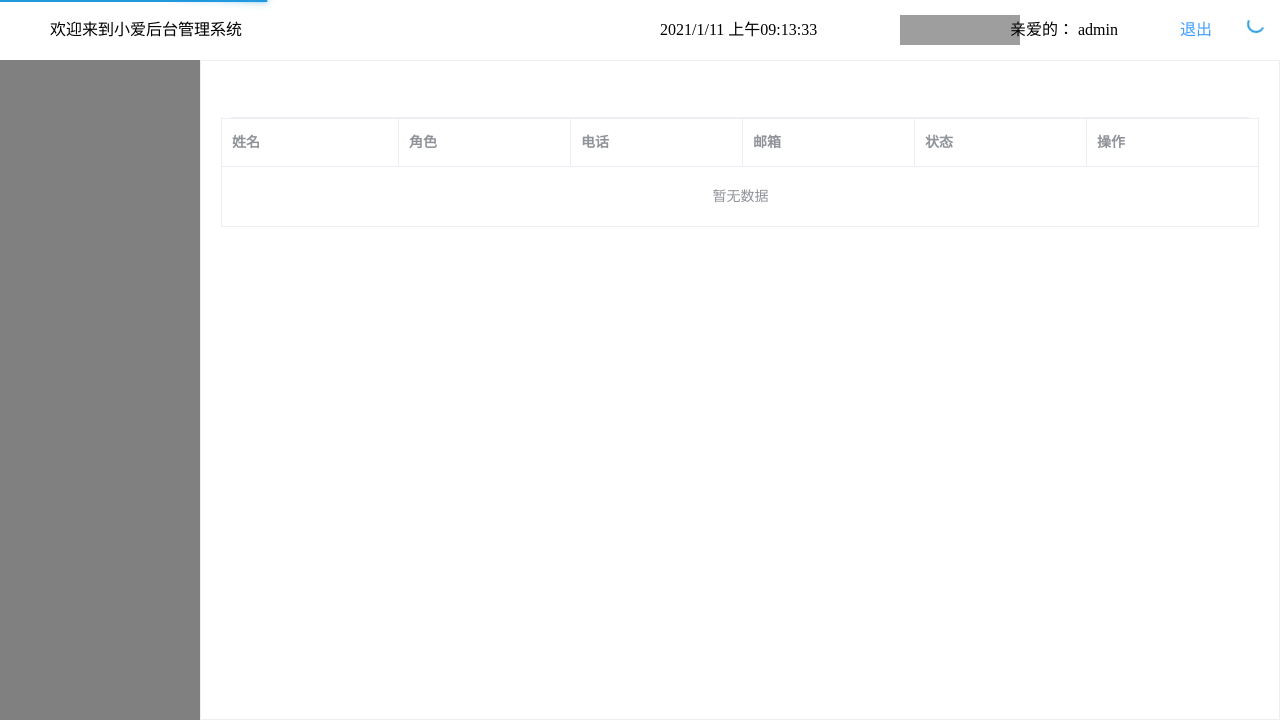
Repository: heyegang/vuex
Page: /usermanagement
An editor plug-in stored every save of this project. The page is shown before and after the next save, followed by the edit.
The browser window is 1280 px wide. The pictures show the whole page.
Pictures or frames that could not be fetched are drawn as grey boxes. The page's requests for data from a server got no answer. The project was rebuilt for these pictures with package versions that can differ from the ones it lists, and the page was loaded fresh each time. No one was signed in, and anything a server would have sent is missing. Also part of the build but not shown: vue.config.js, src/views/Home.vue, src/components/navsidebar/NavSidebar.vue.

Above is the page before, as saved 2021-01-11 16:06:26.

### src/main.js
import Vue from "vue";
import App from "./App.vue";
import router from "./router";
import store from "./store";
import ElementUI from "element-ui";
import "element-ui/lib/theme-chalk/index.css"

Vue.use(ElementUI)
Vue.config.productionTip = false;

new Vue({
  router,
  store,
  render: h => h(App)
}).$mount("#app");

### src/App.vue
<template>
  <div id="app">
    <router-view />
  </div>
</template>

<style lang="scss">
*{
  margin: 0;
  padding: 0;
}
html,body,#app{
  height: 100%;
}
</style>

### src/router/index.js
import Vue from "vue";
import VueRouter from "vue-router";
import Home from "../views/Home.vue";
import Layout from "../views/layout/Layout.vue";

Vue.use(VueRouter);

const routes = [
  {
   path:"",
  component:Layout,
  children:[{
    path: "/",
    name: "Home",
    component: Home
  },
  {
    path: "/usermanagement",
    name: "usermanagement",
    component: () => import('../views/usermanagement/UserManagement.vue')
  },

  ]},
  {
    path: "/login",
    name: "login",
    component: () => import('../views/login/Login.vue')
  },
];

const router = new VueRouter({
  mode: "history",
  base: process.env.BASE_URL,
  routes
});

export default router;

### src/store/index.js
import Vue from "vue";
import Vuex from "vuex";
import user from "./user";
import layout from "./layout";
import Administration from "./Administration/Administration"
Vue.use(Vuex);

export default new Vuex.Store({
  state: {
    // 存放数据
  },
  mutations: {
    // 同步修改state
  },
  actions: {},
  modules: {
    // 代表模块
    user,
    layout,
    Administration,
  }
});

### src/views/layout/Layout.vue
<template>
  <div>
    <el-container>
      <el-header>
        <nav-header></nav-header>
      </el-header>
      <el-container>
        <el-aside width="200px">
          <nav-sidebar :layouts='layouts' v-if='layouts.length>0'></nav-sidebar>
        </el-aside>
        <el-main>
          <nav-label></nav-label>
          <router-view></router-view>
        </el-main>
      </el-container>
    </el-container>
  </div>
</template>

<script>
import NavHeader from "../../components/navheader/NavHeader";
import NavSidebar from "../../components/navsidebar/NavSidebar";
import NavLabel from "../../components/navlabel/NavLabel";
import {createNamespacedHelpers} from 'vuex'
let userModule = createNamespacedHelpers('layout')
let {mapState: layoutState,mapActions: layoutActions} = userModule
export default {
  name: "",
  props: {},
  data() {
    return {
      sidebars:[]
    };
  },
  components: {
    NavHeader,
    NavSidebar,
    NavLabel,
  },
  methods: {
    ...layoutActions(['gettype'])
  },
  mounted() {
    this.gettype()
  },
  computed: {
    ...layoutState(['layouts'])
  },
  watch: {}
};
</script>

<style lang='scss' scoped>
.el-header,
.el-footer {
  line-height: 60px;
}

.el-aside {
  position: fixed;
  top: 60px;
  bottom: 0;
  background-color: gray;
}

.el-main {
  position: fixed;
  bottom: 0;
  right: 0;
  top: 60px;
  left: 200px;
  border: 1px solid #eeeeee;
}

body > .el-container {
  margin-bottom: 40px;
}

.el-container:nth-child(5) .el-aside,
.el-container:nth-child(6) .el-aside {
  line-height: 260px;
}

.el-container:nth-child(7) .el-aside {
  line-height: 320px;
}
</style>

### src/views/usermanagement/UserManagement.vue
<template>
  <div class="back">
      <!-- <el-table
      :data="Administrations"
      style="width: 100%">
      <el-table-column
        prop="username"
        label="姓名">
      </el-table-column>
      <el-table-column
        prop="role_name"
        label="角色">
      </el-table-column>
      <el-table-column
        prop="mobile"
        label="电话">
      </el-table-column>
      <el-table-column
        prop="email"
        label="邮箱">
      </el-table-column>
    </el-table> -->
    <ai-table :data="Administrations" :columns="columns" border></ai-table>
  </div>
</template>

<script>
import {createNamespacedHelpers} from "vuex"
let userModule = createNamespacedHelpers('Administration')
let {mapState: AdmState,mapActions: AdmActions} = userModule
import AiTable from "../../components/aitable/AiTable"
export default {
  name: '',
  props:{

  },
  data () {
    return {
      pagenum:1,
      pagesize:5,
      query:'',
      columns:[
        {
          label:'姓名',
          prop:'username',
        },
        {
          label:'角色',
           prop:'role_name',
        },
        {
          label:'电话',
           prop:'mobile',
        },
        {
          label:'邮箱',
           prop:'email',
        },
        {
          label:'状态',
           prop:'mg_state',
        },
        {
          label:'操作',
           prop:'',

        },
      ]
    }
  },
  components: {
    AiTable,
  },
  methods: {
    ...AdmActions(['getusers'])
  },
  mounted() {
    this.getusers({
      query:'',
      pagenum:this.pagenum,
      pagesize:this.pagesize,
    })
  },
  computed: {
    ...AdmState(['Administrations'])
  },
  watch: {}
}
</script>

<style lang='scss' scoped>
.back{
  color: black;
}
</style>

### src/store/user.js
import { Message } from "element-ui";
import api from '../http/api';
import router from '../router'

export default {
    namespaced:true,
    // 开启命名空间

    state: {
        // 存放数据
        users:[]
      },
      mutations: {
        // 同步修改state
        setUsers(state,data){
            state.users = data
        }
      },
      actions: {
        //   发请求
        // 所有的方法
        // 登录 每一个action的方法都有两个参数 第一个是store 第二个是请求的参数
        // store可以解构为commit dispatch(提交另外一个action)
        async login(_,params){
            let res = await api.login(params)
            if(res.meta.status === 200){
                // 请求成功 存用户 跳转路由 提示用户
                localStorage.setItem('user', JSON.stringify(res.data))
                localStorage.setItem('token', res.data.token)
                Message.success('登录成功')
                router.push('/')
            } else {
                Message.error(res.meta.msg)
            }
        },
        // async getUsers({commit},params){
        //     let res = await api.getUsers(params)
        //     if(res.meta.status === 200) {
        //         commit('setUsers',res.data)
        //     }else {
        //         Message.error(res.meta.msg)
        //     }
        // } ,
      },
}

### src/store/layout.js
import api from '../http/api';
import { Message } from "element-ui";



export default {
  namespaced:true,
  state: {
    // 存放数据
    layouts:[]
  },
  mutations: {
    // 同步修改state
    setLayout(state,data){
      state.layouts = data
    }
  },
  actions: {
    async gettype({commit},params){
      let res = await api.gettype(params)
      if(res.meta.status === 200){
       console.log(res)
        commit('setLayout',res.data)
      }else {
        Message.error(res.meta.msg)
      }
    },
  },
}

### src/store/Administration/Administration.js
import { Message } from "element-ui";
import api from '../../http/api';

export default({
  namespaced:true,

  state: {
    // 存放数据
    Administrations:[]
  },
  mutations: {
    // 同步修改state
    setAdministration(state,data){
      state.Administrations = data
    }
  },
  actions: {
    async getusers({commit},params){
      let res =await api.getusers(params)
      if(res.meta.status === 200) {
        console.log(res)
        commit('setAdministration',res.data.users)
      } else {
        Message.error(res.meta.msg)
      }
    }
  },
})

### src/components/navheader/NavHeader.vue
<template>
  <div class="top">
      <div style="margin-left:30px;">
          欢迎来到小爱后台管理系统
      </div>
      <div class="box">
          {{times}}
      </div>
      <div class="weather">
          <div class="weather"><iframe scrolling="no" src="https://tianqiapi.com/api.php?style=yd&skin=pitaya" frameborder="0" width="100%" height="30" allowtransparency="true"></iframe></div>
    <!--获取天气-->
      </div>
      <div class="hello">
          亲爱的： admin
      </div>
      <div class="esc">
          退出
      </div>
  </div>
</template>

<script>
export default {
  name: '',
  props:{},
  data () {
    return {
      times:'',//格式化之后的当前时间
      currentTime: new Date() //当前时间
    }
  },
  components: {},
  methods: {
    getTimes(){
      setInterval(this.getTimesInterval, 1000);
    },
    getTimesInterval:function() {
      let _this = this;
      let year = new Date().getFullYear(); //获取当前时间的年份
      let month = new Date().getMonth() + 1; //获取当前时间的月份
      let day = new Date().getDate(); //获取当前时间的天数
      let hours = new Date().getHours(); //获取当前时间的小时
      let minutes = new Date().getMinutes(); //获取当前时间的分数
      let seconds = new Date().getSeconds(); //获取当前时间的秒数
      let hello = "";
      //当小于 10 的是时候，在前面加 0
      if (hours < 10) {
        hours = "0" + hours;
      }
      if (minutes < 10) {
        minutes = "0" + minutes;
      }
      if (seconds < 10) {
        seconds = "0" + seconds;
      }
      //一天中的时间
      if (hours > 6 && hours <13){
          hello = "上午";
      }
      if (hours > 13 && hours <18){
          hello = "下午";
      }
      if (hours > 18 && hours <24){
          hello = "晚上";
      }
      if (hours >0 && hours < 6){
          hello = "凌晨";
      }
      //拼接格式化当前时间
      _this.times = year + "/" + month + "/" + day + " " +hello+ hours + ":" + minutes + ":" + seconds;
    },
  },
  mounted() {
    this.getTimes()
  },
  computed: {},
  watch: {},
}
</script>

<style lang='scss' scoped>
.top{
    display: flex;
    position: relative;
    line-height: 60px;
}
.box{
    width: 220px;
    position: absolute;
    right: 380px;
    color: black;
}
.weather{
    width: 120px;
    position: absolute;
    right: 120px;
    top: 5px;
}
.hello{
    width: 120px;
    position: absolute;
    right: 130px;
}
.esc{
    width: 60px;
    position: absolute;
    right: 20px;
    color: #409EFF;
}
</style>

### src/components/navlabel/NavLabel.vue
<template>
  <div class="LabelBox">
  </div>
</template>

<script>
export default {
  name: '',
  props:{},
  data () {
    return {
    }
  },
  components: {},
  methods: {},
  mounted() {},
  computed: {},
  watch: {}
}
</script>

<style lang='scss' scoped>
.LabelBox{
  width: 98%;
  height: 36px;
  border-bottom: 1px solid #eee;
  margin-left: 1%;

}
</style>

### src/components/aitable/AiTable.vue
<template>
  <!-- <div>
    <ai-form></ai-form>
  </div> -->
    <el-table
      :border="border"
      :data="data"
      style="width: 100%"
      :align="center"
      >
      <el-table-column
      v-for="(item,index) in columns"
      :key="index"
      :prop="item.prop"
      :label="item.label"
      >
      </el-table-column>

    </el-table>
</template>

<script>

export default {
  name: '',
  props:{
    data:{
      type:Array,
      required:true
    },
    columns:{
      type:Array,
      required:true
    },
    border:{
      type:Boolean,
      dafault:false,
    }
  },
  data () {
    return {

    }
  },
  components: {},
  methods: {},
  mounted() {},
  computed: {},
  watch: {}
}
</script>

<style lang='scss' scoped>

</style>

### src/http/api.js
import http from './index'

export default{
     login({username,password}){
        return http.post('/login',{
            username,
            password
        })
     },
    //  getUsers({pagenum,pagesize,query}){
    //      if(query){
    //          return http.get(`/users?pagenum=${pagenum}&pagesize=${pagesize}&query=${query}`)
    //      } else {
    //          return http.get(`/users?pagenum=${pagenum}&pagesize=${pagesize}`)
    //      }

    //  },
     gettype(){
         return http.get('/menus')
     },
     getusers({query,pagenum,pagesize}){
        if(query){
            return http.get(`/users?pagenum=${pagenum}&pagesize=${pagesize}&query=${query}`)
        } else {
            return http.get(`/users?pagenum=${pagenum}&pagesize=${pagesize}`)
        }
     },
}

### src/http/index.js
import axios from 'axios'
import nprogress from 'nprogress'
import 'nprogress/nprogress.css'
import {Message} from 'element-ui'

// 需要区分当前环境是开发环境(development)还是生产环境(production)
let isPro = process.env.NODE_ENV === 'productin'

const http = axios.create({
    baseURL: isPro ? '线上接口路径':'/api',
    timeout:10000
})

// 请求拦截
http.interceptors.request.use(config =>{
    nprogress.start()
    // 配置token token是鉴权的一种方式
    // 在登陆成功后 会返回当前用户的token 存在本地
    // 可用（百度：js加密插件）加密插件加密token
    let token = localStorage.getItem('token')
    // 账号密码和token分开存
    if(token){
        config.headers.Authorization = token
    }
    return config
},err =>{
    nprogress.done()
    return Promise.reject(err)
})

// 响应拦截
http.interceptors.response.use(res => {
    nprogress.done()
    return res.data
},err => {

    // 请求失败
    let status = err.response && err.response.status
    // 状态码
    if (status === 400) {
        Message.error('参数错误')
    }
    if (status === 401) {
        Message.error('没有权限')
    }
    if (status === 403) {
        Message.error('登录过期')
    }
    if (status === 404) {
        Message.error('路径错误')
    }
    if (status === 500) {
        Message.error('服务器错误')
    }
    if (status === 403) {
        Message.error('服务器在维护')
    }
    return Promise.reject(err)
})


export default http

Loaded but not shown: public/index.html (common file)

After the next save:
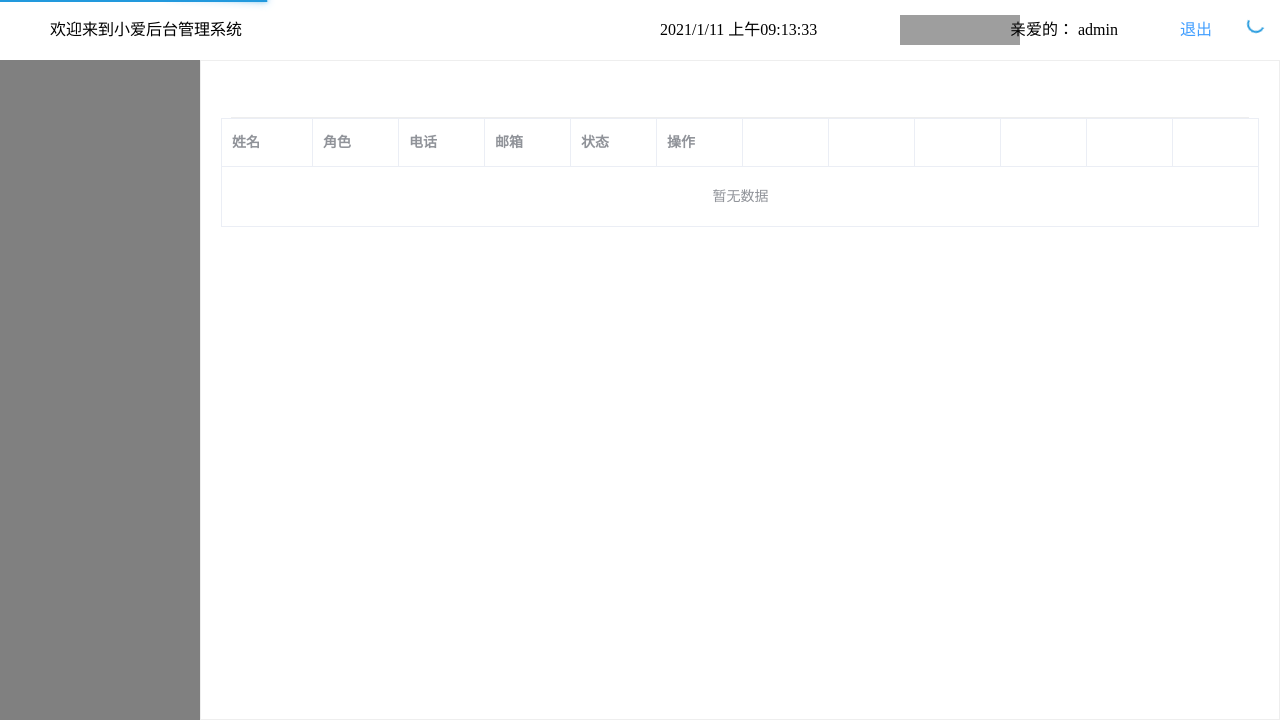
Saved 13 min 16 s later.
--- a/src/components/aitable/AiTable.vue
+++ b/src/components/aitable/AiTable.vue
@@ -15,7 +15,17 @@
       :label="item.label"
       >
       </el-table-column>
-
+      <el-table-column
+      v-for="(item,index) in columns"
+      :key="index"
+      >
+        <el-switch v-if="item.mg_state === ture"
+          :v-model="ture">
+        </el-switch>
+        <el-switch v-if="item.mg_state === false"
+          :v-model="false">
+        </el-switch>
+      </el-table-column>
     </el-table>
 </template>
 
